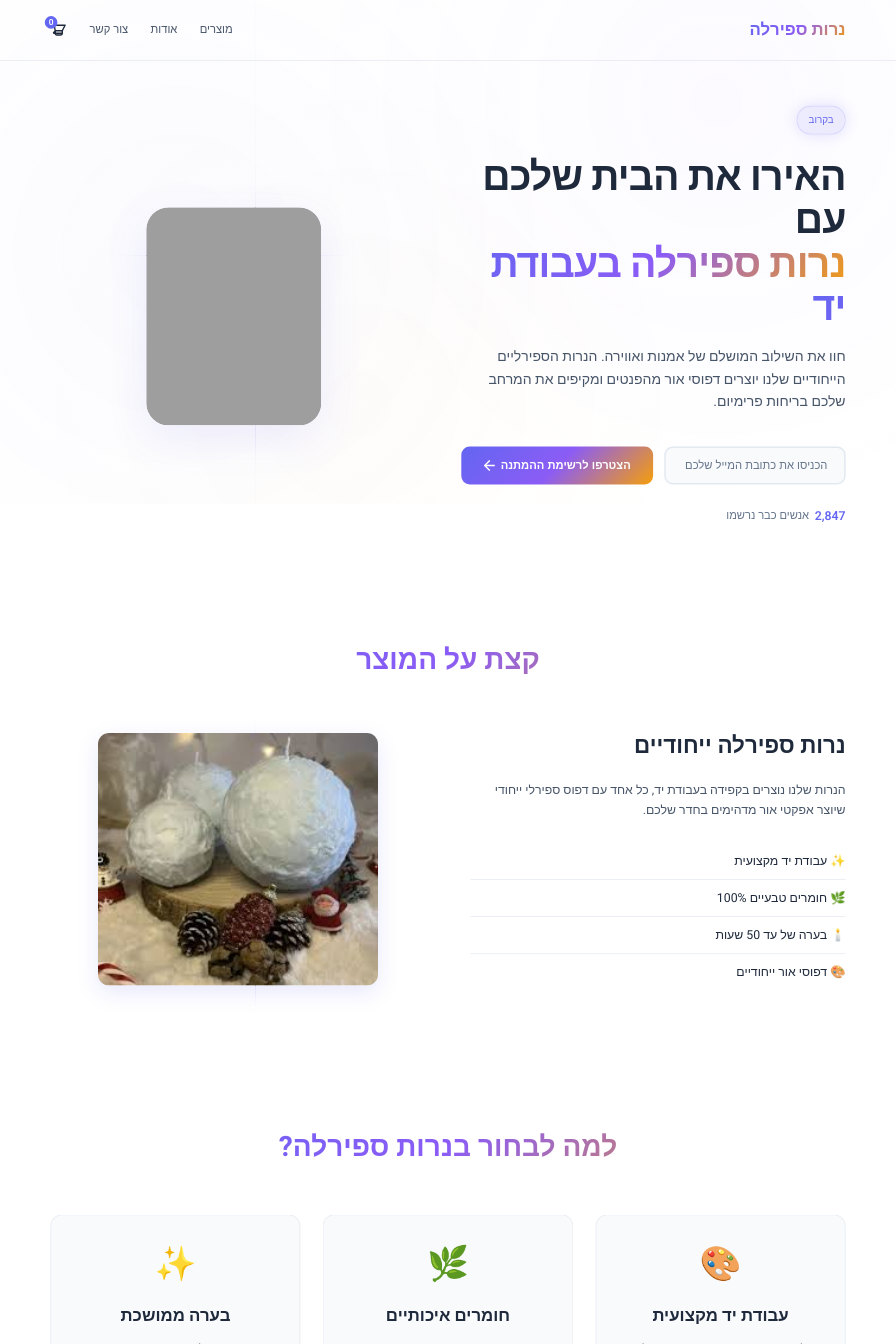
Repository: AvitaRoi/spiralcandles
Page: index.html
These files come from the project's save history. The page is drawn as it stood at one moment and after the next save; the edit follows.
The browser window is 1280 px wide. The pictures show the part of the page from y = 0 to 1920 px (the page is 3134 px tall), at 70% of full size.
Pictures or frames that could not be fetched are drawn as grey boxes.

Above is the page before, as saved 2025-09-21 21:26:25.

After the next save:
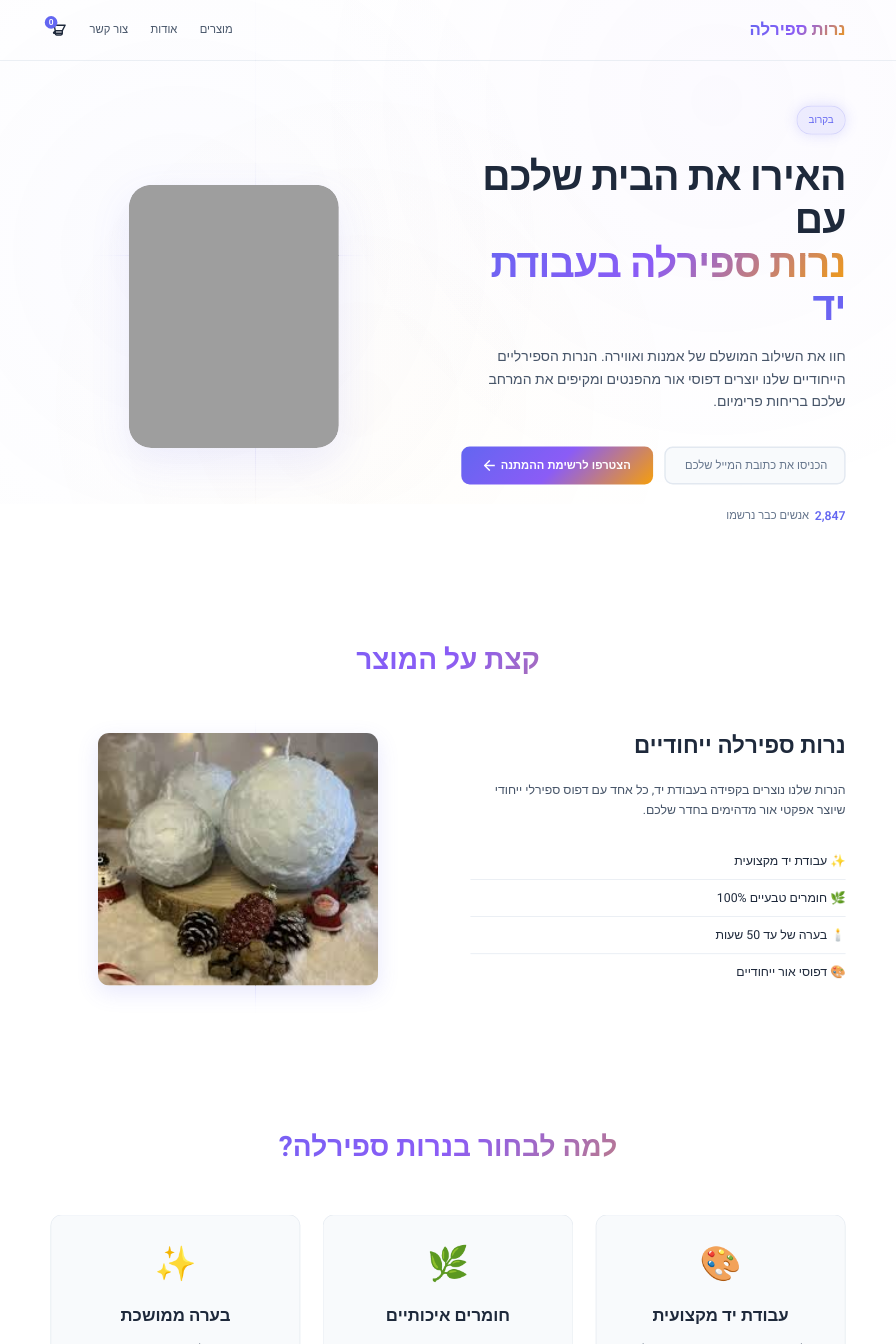
Saved 20 s later.
--- a/styles.css
+++ b/styles.css
@@ -299,8 +299,8 @@
 
 .product-image-container {
     position: relative;
-    width: 250px;
-    height: 312.5px;
+    width: 300px;
+    height: 375.5px;
     display: flex;
     justify-content: center;
     align-items: center;
